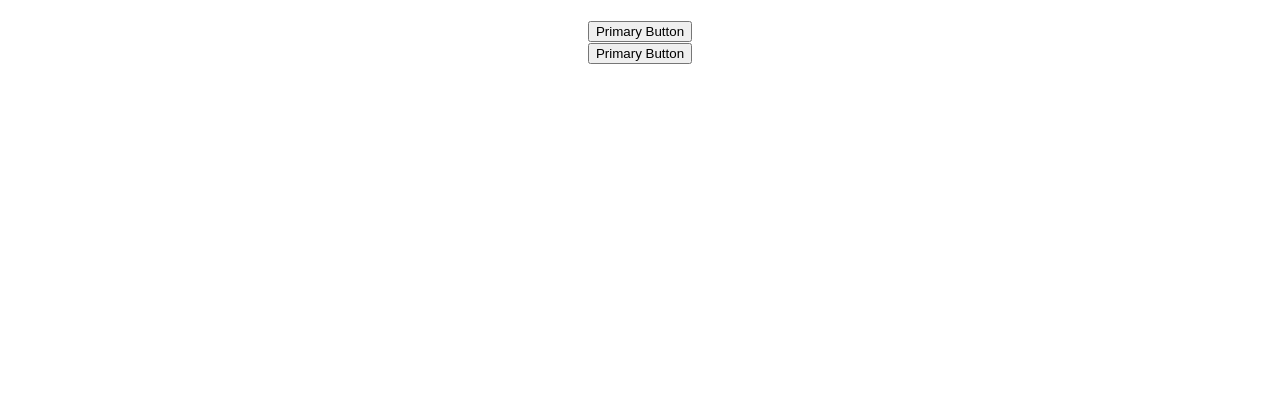
Repository: tiendungjr123/Todo-App
Page: /
These files come from the project's save history. The page is drawn as it stood at one moment and after the next save; the edit follows.
The browser window is 1280 px wide. The pictures show the whole page.
The project was rebuilt for these pictures with package versions that can differ from the ones it lists, and the page was loaded fresh each time.

Above is the page before, as saved 2022-09-22 09:35:27.

After the next save:
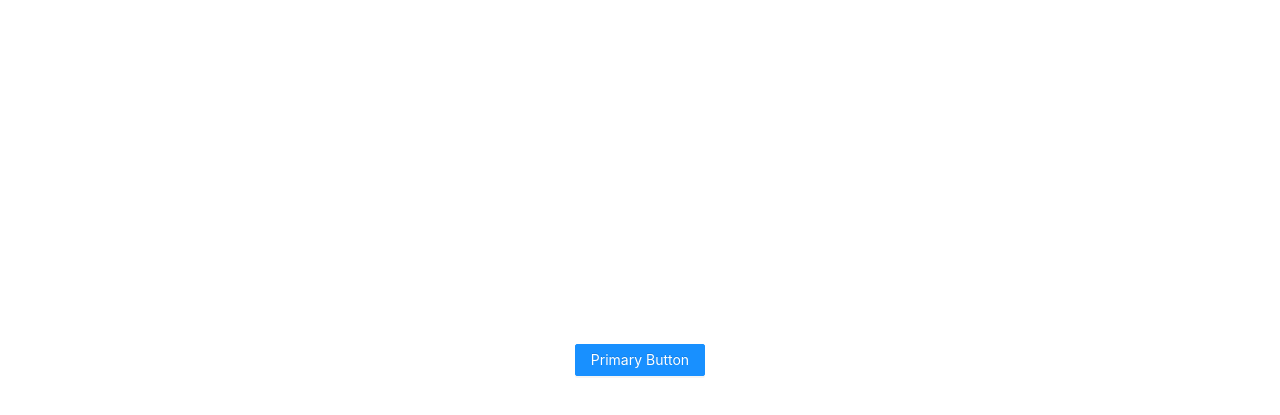
Saved 97 s later.
--- a/src/App.js
+++ b/src/App.js
@@ -1,11 +1,9 @@
 import TodoList from "./component/TodoList";
-import { Button } from "antd";
-
+import 'antd/dist/antd.css';
 function App() {
   return (
     <>
       <TodoList/>
-      <Button type="primary">Primary Button</Button>
     </>
   );
 }
